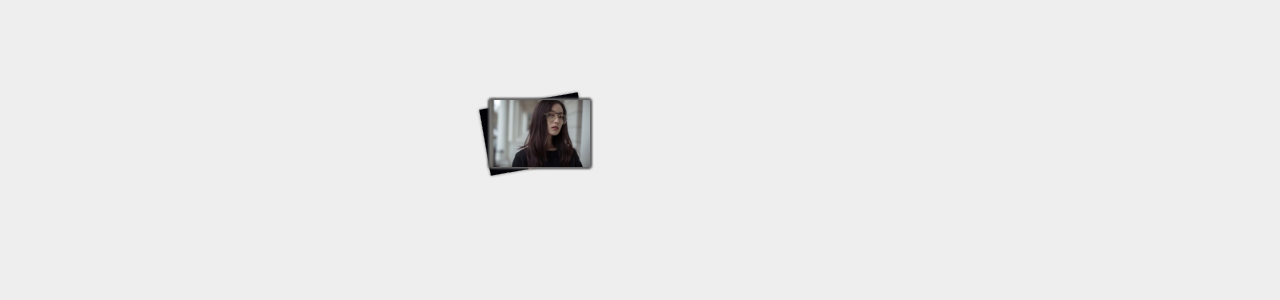
Repository: Germtao/Web
Page: web_css/css3_动画案例.html
These files come from the project's save history. The page is drawn as it stood at one moment and after the next save; the edit follows.
The browser window is 1280 px wide. The pictures show the whole page.
The pointer rests on the first visible `.box`.

Above is the page before, as saved 2020-11-03 11:10:07.

### web_css/css3_动画案例.html
<!DOCTYPE html>
<html lang="en">

<head>
  <meta charset="UTF-8">
  <meta name="viewport" content="width=device-width, initial-scale=1.0">
  <title>CSS3-动画案例</title>

  <!-- 1. 🚀 -->
  <!-- <style>
    html,
    body {
      height: 100%;
    }

    body {
      background-color: #DE8910;
    }

    .rocket {
      position: absolute;
      left: 100px;
      top: 600px;
      height: 120px;
      transform: translate(-200px, 200px) rotate(45deg);
      transition: all 1s ease-in;
    }

    body:hover .rocket {
      transform: translate(500px, -500px) rotate(45deg);
    }
  </style> -->

  <!-- 2. 卡片旋转 -->
  <style>
    body {
      background-color: #eee;
    }

    .box {
      width: 300px;
      height: 440px;
      margin: 100px auto;
      position: relative;
    }

    img {
      width: 100px;
      /* 既然卡片是叠在一起的，那就都用绝对定位 */
      position: absolute;
      left: 0;
      top: 0;
      box-shadow: 0 0 3px #666;

      transition: all 1.5s;
      /* 旋转时，以盒子底部的中心为坐标原点 */
      transform-origin: center bottom;
    }

    .box:hover img:nth-child(6) {
      transform: rotate(-10deg);
    }
  </style>
</head>

<body>
  <!-- 1. 🚀 -->
  <!-- <img class="rocket" src="img/rocket.png" alt=""> -->

  <!-- 2. 卡片旋转 -->
  <div class="box">
    <img src="img/倪妮.jpg" alt="">
    <img src="img/宋轶.jpeg" alt="">
    <img src="img/倪妮.jpg" alt="">
    <img src="img/宋轶.jpeg" alt="">
    <img src="img/倪妮.jpg" alt="">
    <img src="img/宋轶.jpeg" alt="">
    <img src="img/倪妮.jpg" alt="">
    <img src="img/宋轶.jpeg" alt="">
    <img src="img/倪妮.jpg" alt="">
    <img src="img/宋轶.jpeg" alt="">
    <img src="img/倪妮.jpg" alt="">
  </div>
</body>

</html>

After the next save:
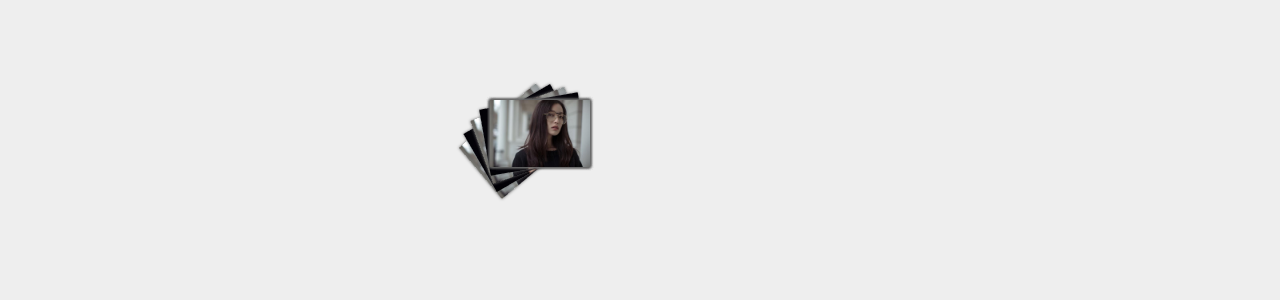
Saved 72 s later.
--- a/web_css/css3_动画案例.html
+++ b/web_css/css3_动画案例.html
@@ -60,6 +60,18 @@
     .box:hover img:nth-child(6) {
       transform: rotate(-10deg);
     }
+
+    .box:hover img:nth-child(5) {
+      transform: rotate(-20deg);
+    }
+
+    .box:hover img:nth-child(4) {
+      transform: rotate(-30deg);
+    }
+
+    .box:hover img:nth-child(3) {
+      transform: rotate(-40deg);
+    }
   </style>
 </head>
 
